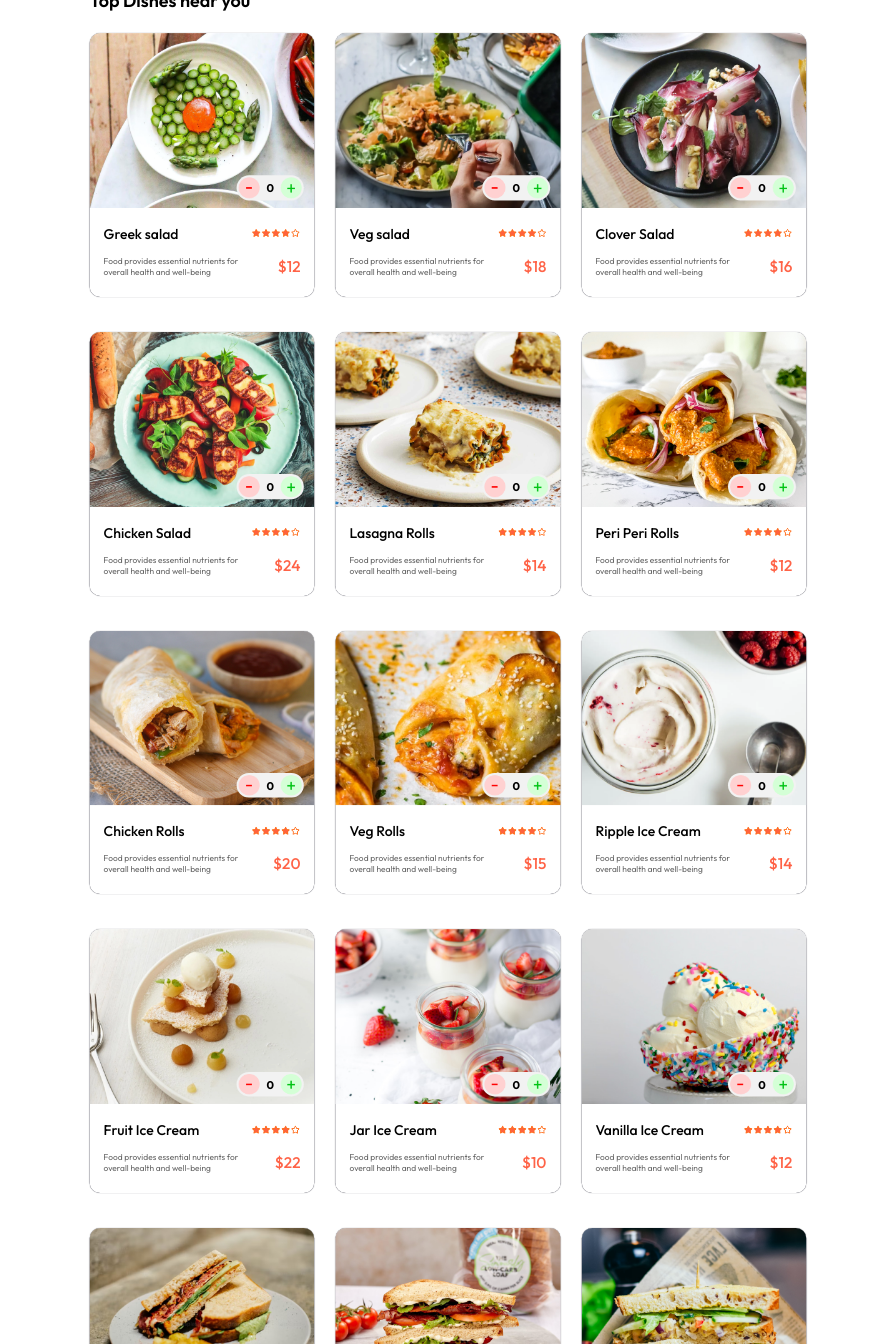
Repository: guilhermecardoso93/tomato-front-end
Page: /, after clicking the first element matching `img.add`
The author's editor kept a copy of each file at every save. The page is drawn from the files as they stood at one save, then again after the next save.
The browser window is 1280 px wide. The pictures show the part of the page from y = 946 to 2866 px (the page is 5639 px tall), at 70% of full size.
The project was rebuilt for these pictures with package versions that can differ from the ones it lists, and the page was loaded fresh each time. Also part of the build but not shown: vite.config.js, src/pages/Cart/styles.css, src/pages/Cart/index.jsx, src/pages/PlaceOrder/styles.css, src/pages/PlaceOrder/index.jsx.

Above is the page before, as saved 2024-10-30 20:03:57.

After the next save:
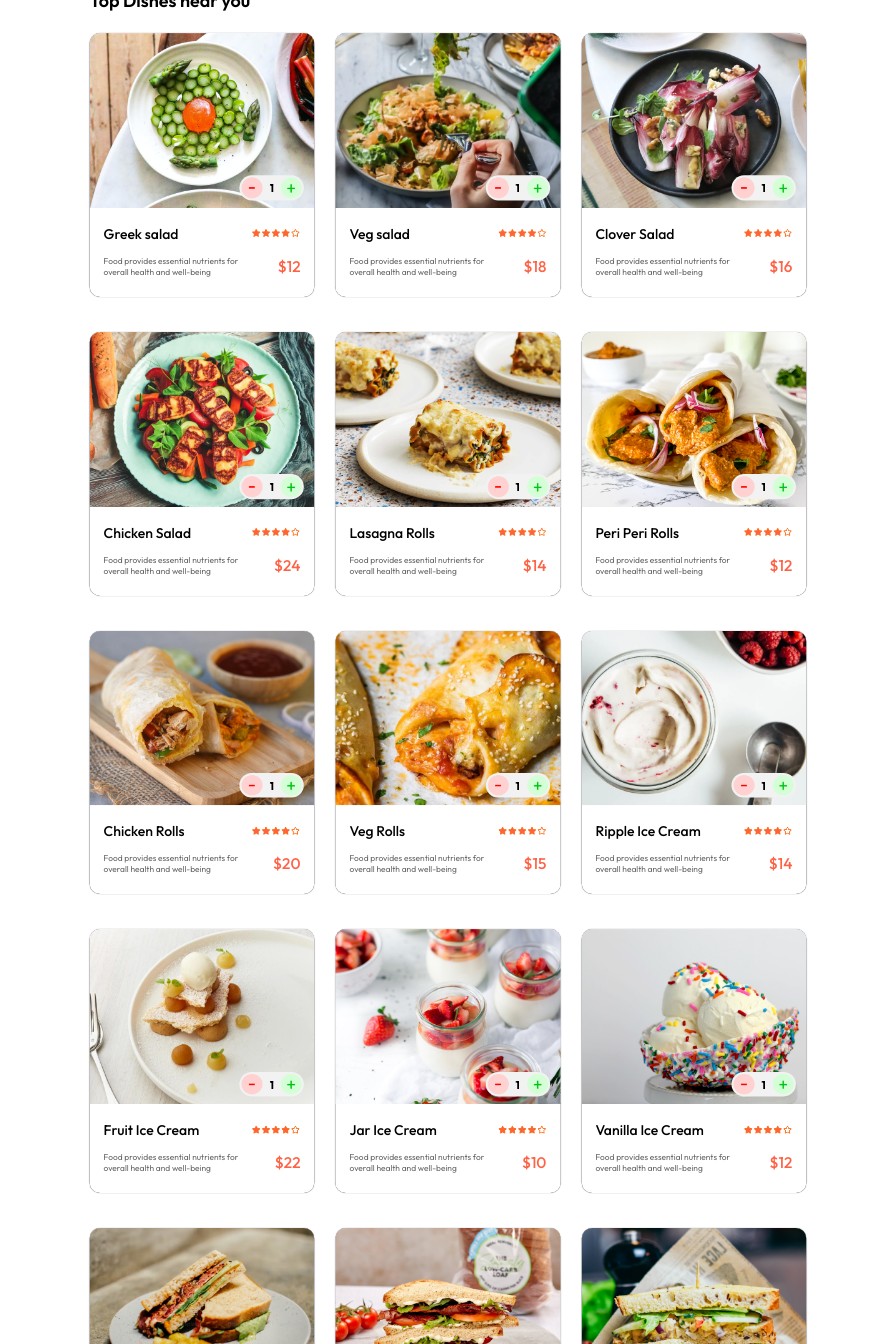
Saved 9 s later.
--- a/src/components/FoodItem/index.jsx
+++ b/src/components/FoodItem/index.jsx
@@ -26,7 +26,7 @@ export const FoodItem = ({ id, name, price, description, image }) => {
               alt=""
               onClick={() => removeCart(id)}
             />
-            <p>{itemCount}</p>
+            <p>{cartItems[id]}</p>
             <img
               src={assets.add_icon_green}
               alt=""
